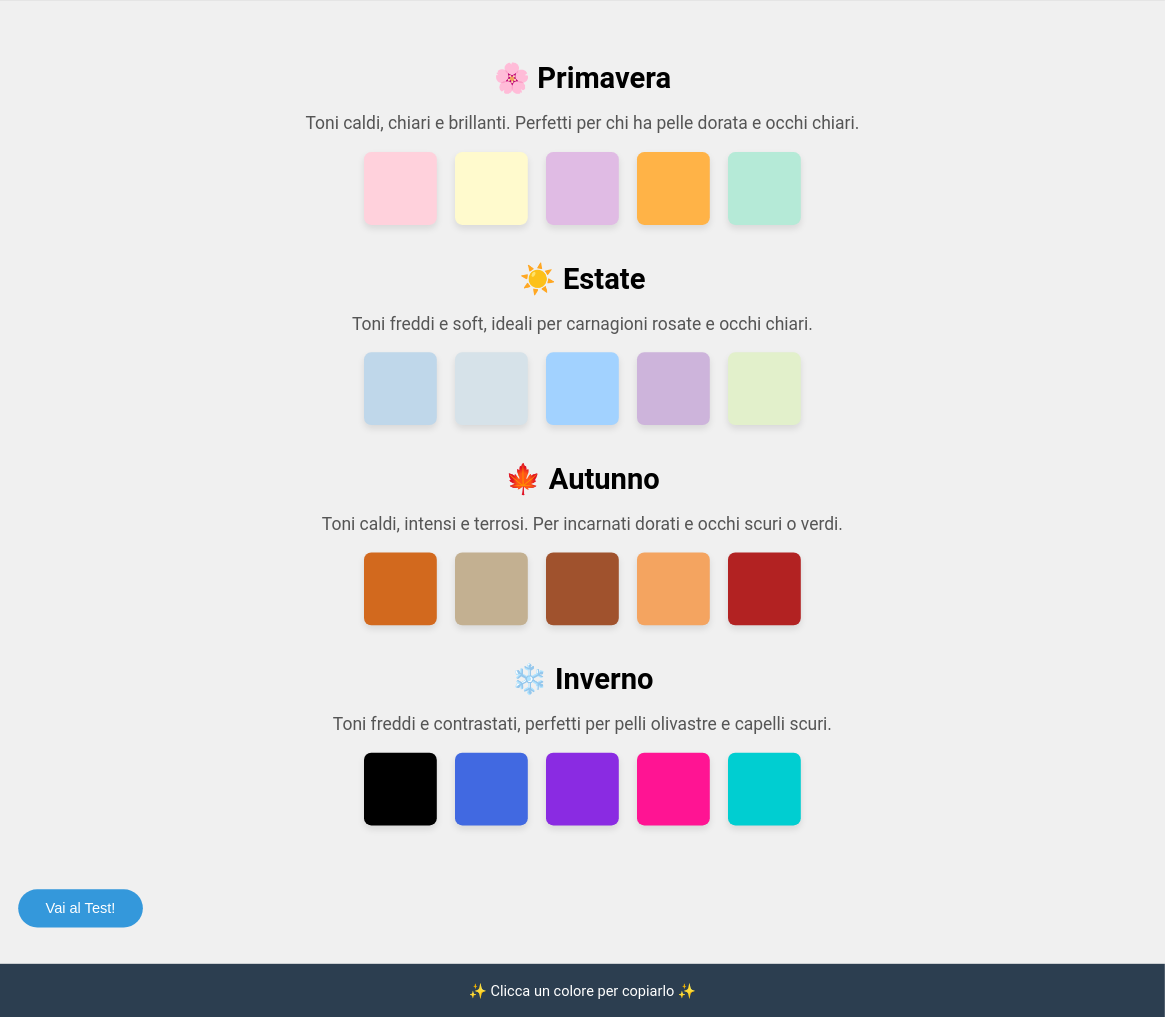
Repository: Probyte5D/Armocromia-website
Page: index.html
The author's editor kept a copy of each file at every save. The page is drawn from the files as they stood at one save, then again after the next save.
The browser window is 1280 px wide. The pictures show the part of the page from y = 432 to 1550 px (the page is 1550 px tall), at 91% of full size.

Above is the page before, as saved 2025-04-17 22:35:20.

After the next save:
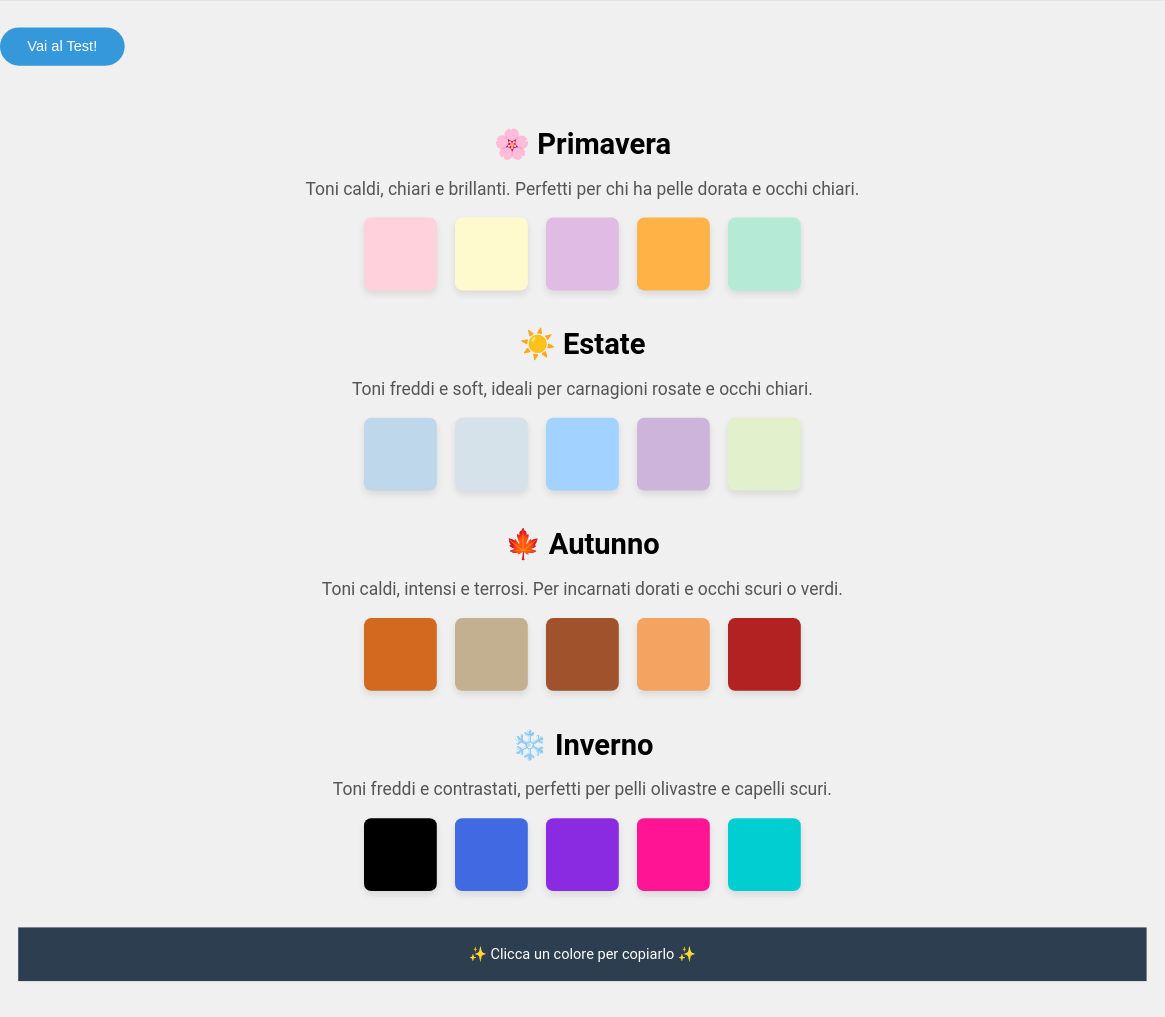
Saved 15 s later.
--- a/index.html
+++ b/index.html
@@ -21,6 +21,14 @@
     <h1>🌈 Armocromia</h1>
     <p>Scopri le palette perfette per la tua stagione.</p>
   </header>
+
+      <!-- Bottone per andare al test -->
+      <section class="test-link">
+        <a href="test.html">
+          <button id="vai-al-test">Vai al Test!</button>
+        </a>
+      </section>
+    </main>
 
   <main>
     <!-- Sezione Primavera -->
@@ -75,13 +83,7 @@
       </div>
     </section>
 
-    <!-- Bottone per andare al test -->
-    <section class="test-link">
-      <a href="test.html">
-        <button id="vai-al-test">Vai al Test!</button>
-      </a>
-    </section>
-  </main>
+
 
   <!-- Footer -->
   <footer>

After the save that followed:
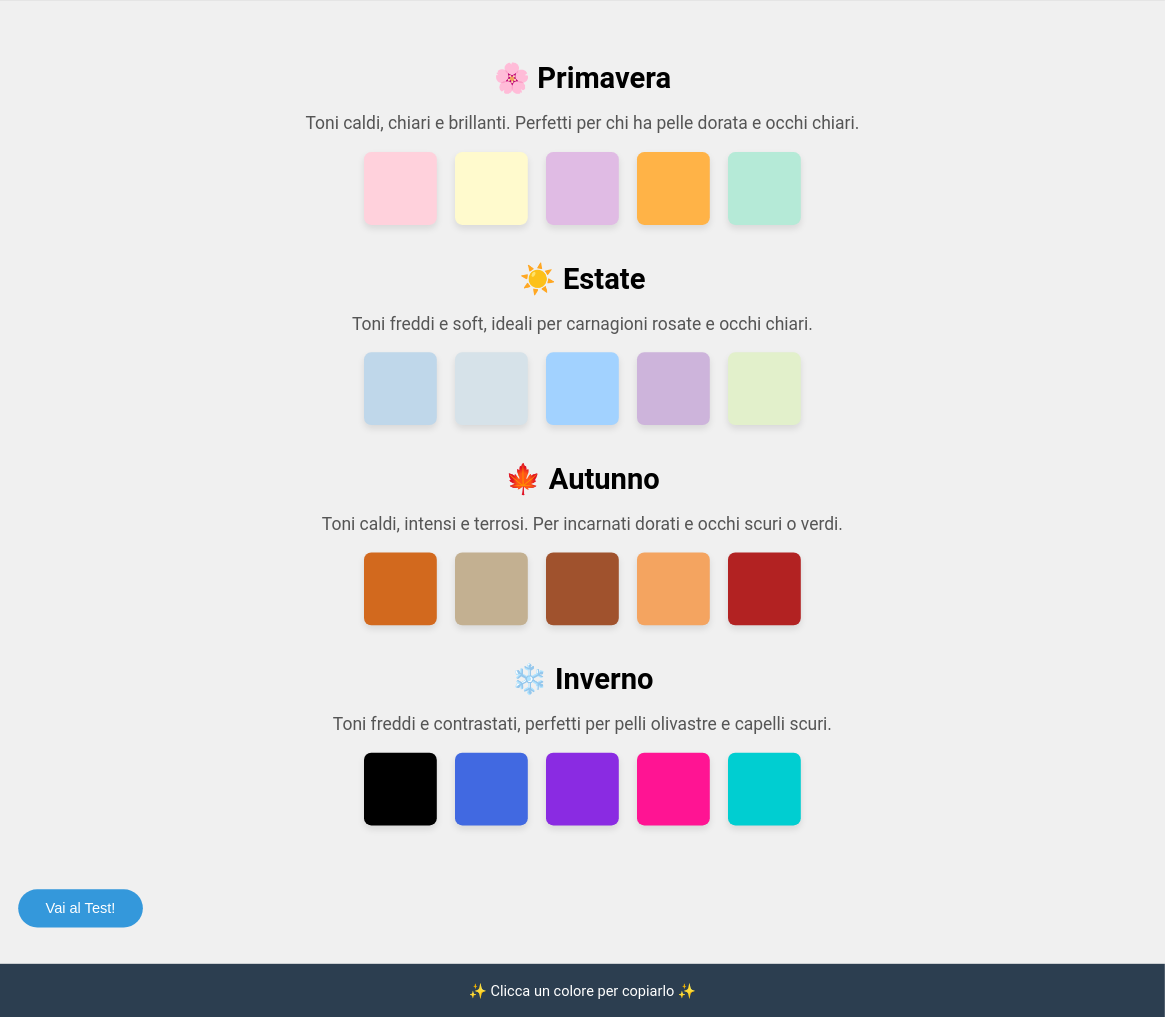
Saved 24 s later.
--- a/index.html
+++ b/index.html
@@ -21,14 +21,6 @@
     <h1>🌈 Armocromia</h1>
     <p>Scopri le palette perfette per la tua stagione.</p>
   </header>
-
-      <!-- Bottone per andare al test -->
-      <section class="test-link">
-        <a href="test.html">
-          <button id="vai-al-test">Vai al Test!</button>
-        </a>
-      </section>
-    </main>
 
   <main>
     <!-- Sezione Primavera -->
@@ -83,7 +75,13 @@
       </div>
     </section>
 
-
+    <!-- Bottone per andare al test -->
+    <section class="test-link">
+      <a href="test.html">
+        <button id="vai-al-test">Vai al Test!</button>
+      </a>
+    </section>
+  </main>
 
   <!-- Footer -->
   <footer>
